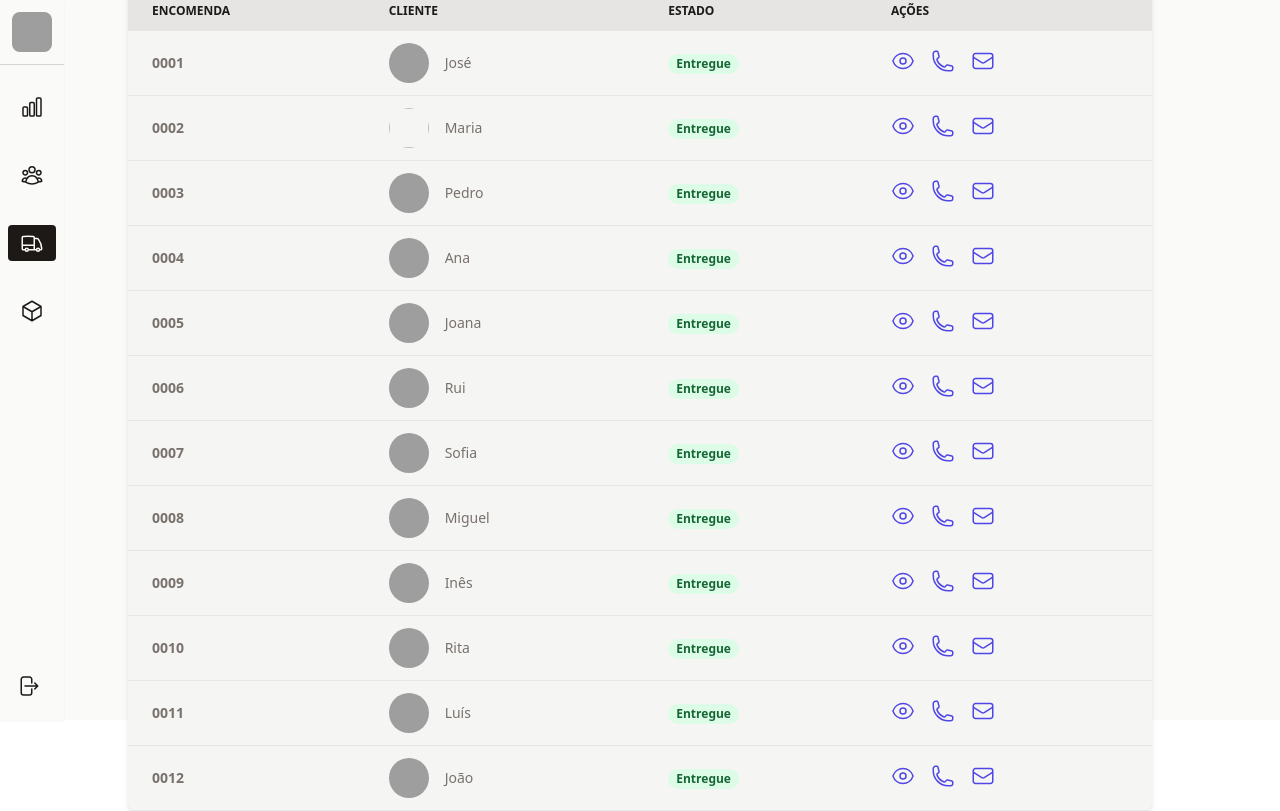
Repository: XavierOtavio/Cuzinhas
Page: /dashboard/orders
These files come from the project's save history. The page is drawn as it stood at one moment and after the next save; the edit follows.
The browser window is 1280 px wide. The pictures show the whole page.
Pictures or frames that could not be fetched are drawn as grey boxes. The project was rebuilt for these pictures with package versions that can differ from the ones it lists, and the page was loaded fresh each time. Also part of the build but not shown: src/components/Logotipo.js, src/components/Header.js, src/components/Dashboard.js, src/components/Login.js, src/components/Register.js, src/components/Home.js, src/components/LayoutFront.js.

Above is the page before, as saved 2023-03-08 15:40:38.

After the next save:
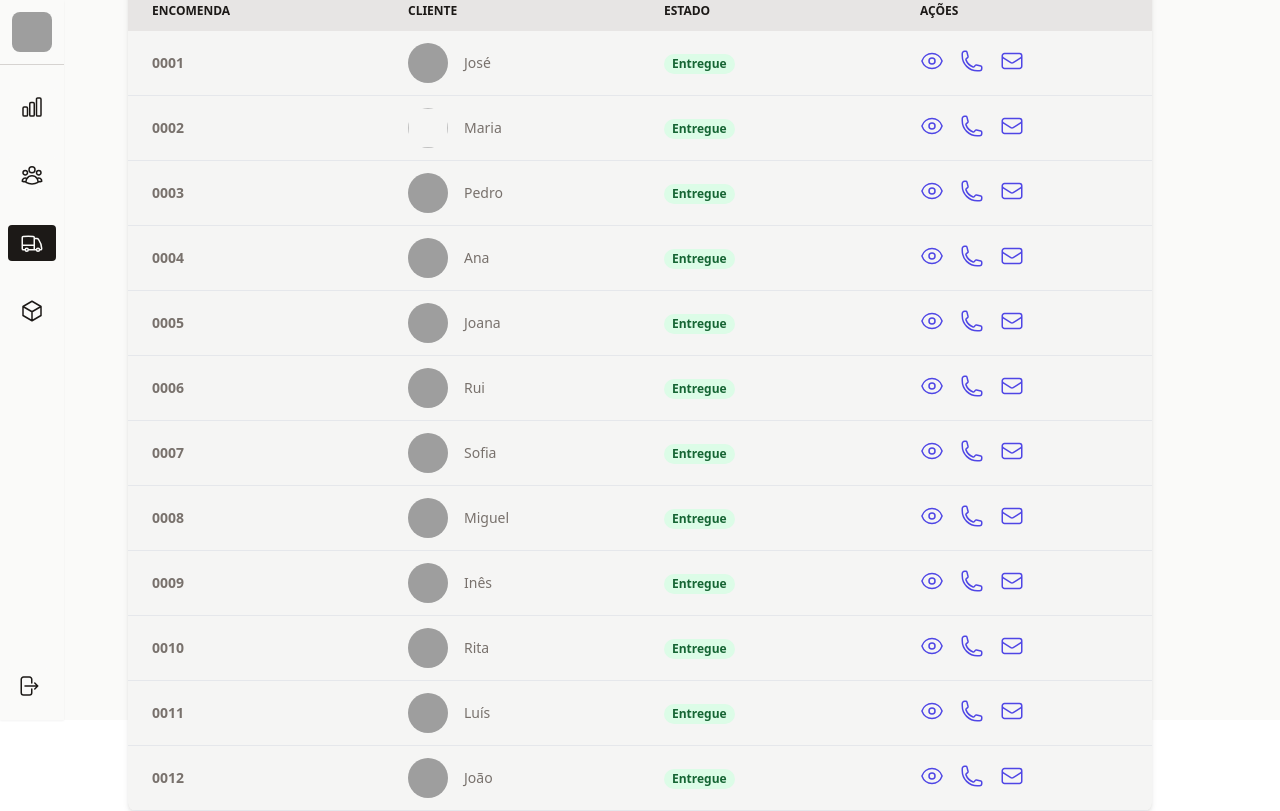
Saved 2 min 6 s later.
--- a/src/components/Orders.js
+++ b/src/components/Orders.js
@@ -153,7 +153,7 @@ export default function Orders() {
         </div>
         <div className="flex-[4]" />
       </div>
-      <table className="w-full text-sm text-left text-stone-500">
+      <table className="table-fixed w-full text-sm text-left text-stone-500">
         <thead className="text-xs text-stone-900 uppercase ">
           <tr>
             <th className="px-6 py-3" scope="col">
